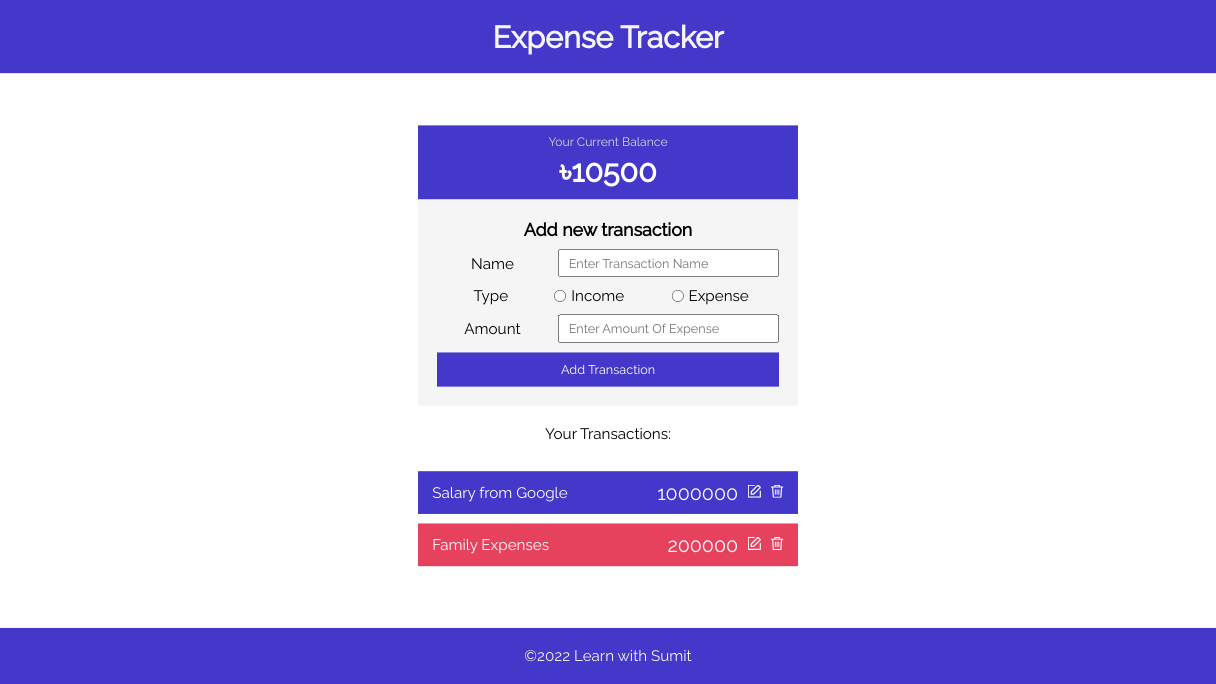
Repository: Tanvir3744/redux-expense-tracker
Page: /
The author's editor kept a copy of each file at every save. The page is drawn from the files as they stood at one save, then again after the next save.
The browser window is 1280 px wide. The pictures show the whole page, at 95% of full size.
The project was rebuilt for these pictures with package versions that can differ from the ones it lists, and the page was loaded fresh each time. Requests to the local data server were answered from the project's data file.

Above is the page before, as saved 2022-11-10 00:34:12.

After the next save:
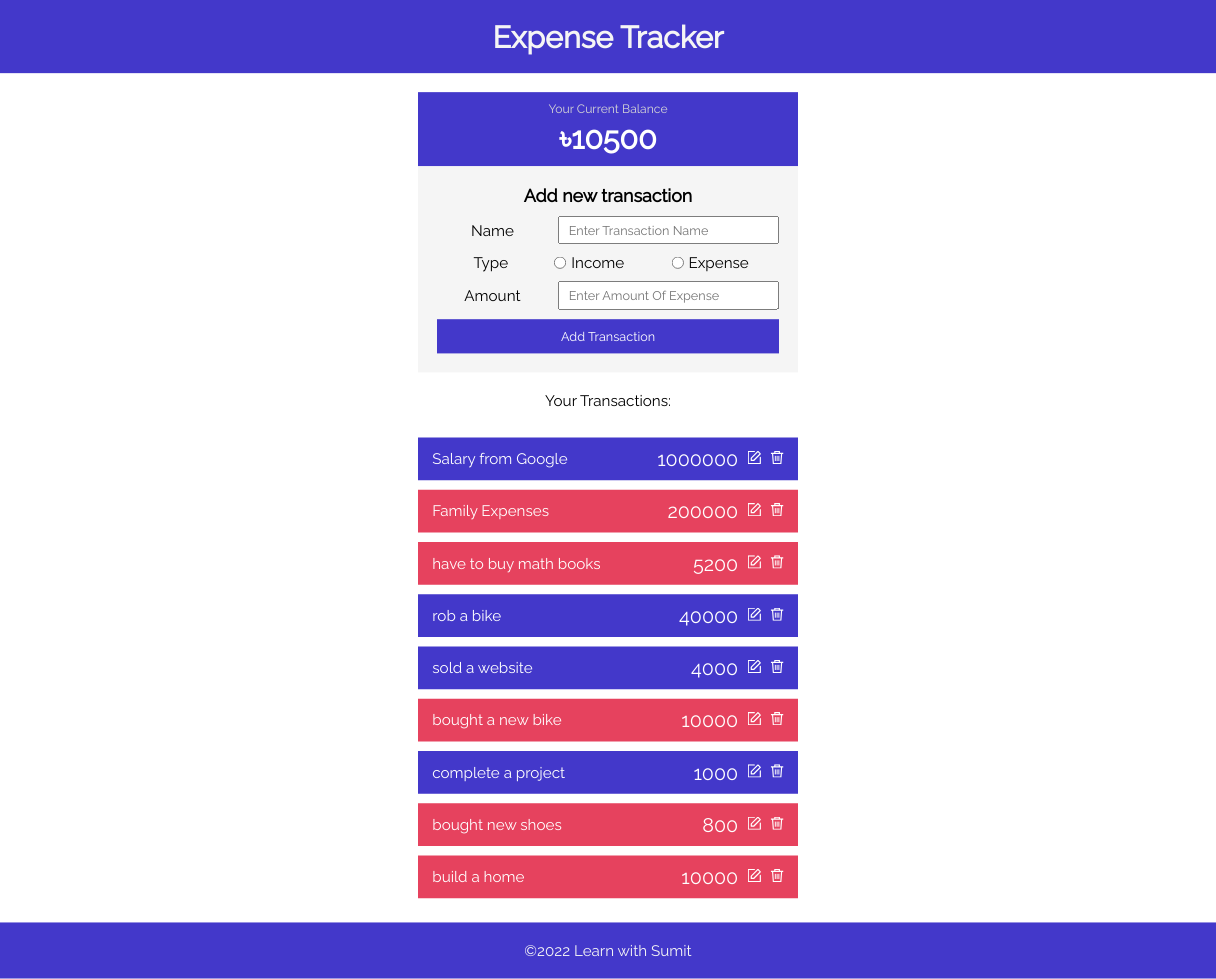
Saved 94 s later.
--- a/server/db_transactions.json
+++ b/server/db_transactions.json
@@ -11,6 +11,48 @@
       "name": "Family Expenses",
       "type": "expense",
       "amount": 200000
+    },
+    {
+      "name": "have to buy math books",
+      "type": "expense",
+      "amount": 5200,
+      "id": 3
+    },
+    {
+      "name": "rob a bike",
+      "type": "income",
+      "amount": 40000,
+      "id": 4
+    },
+    {
+      "name": "sold a website",
+      "type": "income",
+      "amount": 4000,
+      "id": 5
+    },
+    {
+      "name": "bought a new bike",
+      "type": "expense",
+      "amount": 10000,
+      "id": 6
+    },
+    {
+      "name": "complete a project",
+      "type": "income",
+      "amount": 1000,
+      "id": 7
+    },
+    {
+      "name": "bought new shoes",
+      "type": "expense",
+      "amount": 800,
+      "id": 8
+    },
+    {
+      "name": "build a home",
+      "type": "expense",
+      "amount": 10000,
+      "id": 9
     }
   ]
 }
